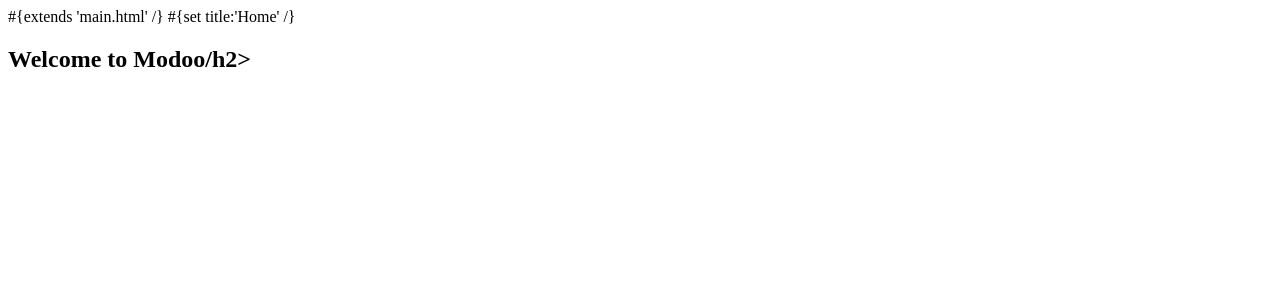
Repository: Agana/modoo
Page: Modoo Administration/app/views/Application/index.html
An editor plug-in stored every save of this project. The page is shown before and after the next save, followed by the edit.
The browser window is 1280 px wide. The pictures show the whole page.

Above is the page before, as saved 2012-03-16 14:53:49.

### Modoo Administration/app/views/Application/index.html
#{extends 'main.html' /}
#{set title:'Home' /}

<h2>Welcome to Modoo/h2>

After the next save:
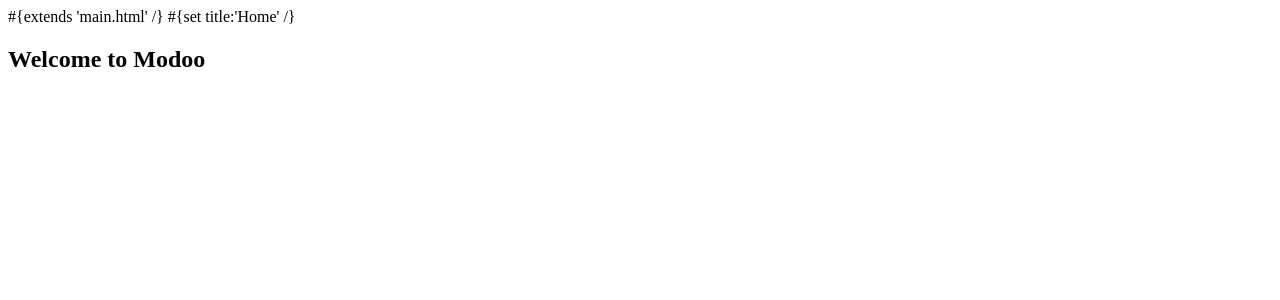
Saved 38 s later.
--- a/Modoo Administration/app/views/Application/index.html
+++ b/Modoo Administration/app/views/Application/index.html
@@ -1,4 +1,4 @@
 #{extends 'main.html' /}
 #{set title:'Home' /}
 
-<h2>Welcome to Modoo/h2>
+<h2>Welcome to Modoo</h2>
